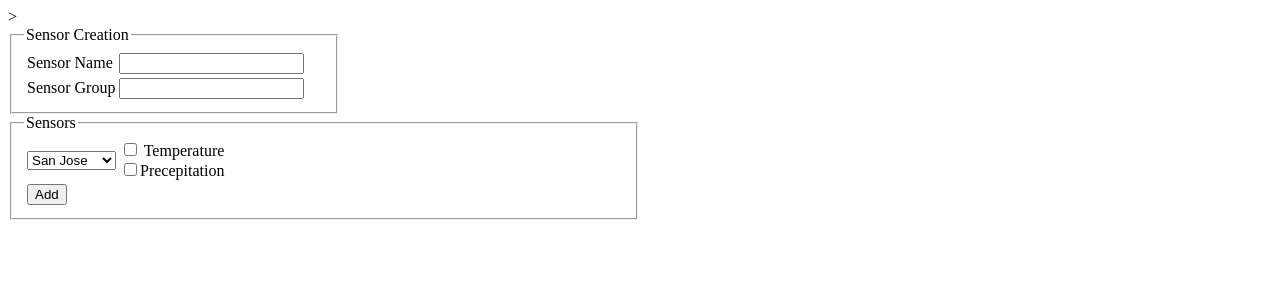
Repository: SharatNH/281mainproject
Page: adminmanagement/WebContent/index.html
An editor plug-in stored every save of this project. The page is shown before and after the next save, followed by the edit.
The browser window is 1280 px wide. The pictures show the whole page.

Above is the page before, as saved 2016-05-16 15:47:11.

### adminmanagement/WebContent/index.html
<!DOCTYPE html>
<html>
<head>
<meta charset="ISO-8859-1">
<title>Insert title here</title>
</head>
<body>

    <form onsubmit="addsensor(this); return false;" id="01">>
        <fieldset style="width: 300px">
            <legend> Sensor Creation </legend>
            <table>
                <tr>
                    <td>Sensor Name</td>
                    <td><input type="text" name="sensorname" id="sensorname"  /></td>
                </tr>
                <tr>
                    <td>Sensor Group</td>
                    <td><input type="text" name="sensorgrp" id="sensorgrp"/></td>
                </tr>

            </table>
        </fieldset>
    <fieldset style="width: 600px">
            <legend> Sensors </legend>
            <table>
                <tr>

                    <td>
                    <select id="location">
  						<option value="San Jose">San Jose</option>
  						<option value="Fremont">Fremont</option>
  						<option value="Santa Cruz">Santa Cruz</option>
  						<option value="Nappa">Nappa</option>
					</select>
                    </td>
                    <td>
                    <input class="messageCheckbox" type="checkbox" name="sensor" value="Temperature"> Temperature<br>
                    <input class="messageCheckbox" type="checkbox" name="sensor" value="Precepitation">Precepitation<br>
                    </td>
                </tr>
                 <tr>
                   <td> <input type="submit" value ="Add" name="Add"> </td>
              </tr>

            </table>
        </fieldset>


    </form>
</body>
<script>

function addsensor(obj) {


	var sensorname = obj['sensorname'].value;
	alert(sensorname);
	var sensorgrp = obj['sensorgrp'].value;
	alert(sensorgrp);


	var e = document.getElementById("location");
	var strlocation = e.options[e.selectedIndex].value;
	alert(strlocation);





	var checkedValue = null;
	var count =0;
	var inputElements = document.getElementsByClassName('messageCheckbox');

	for (var i = 0; inputElements[i]; ++i) {
			if (inputElements[i].checked) {
				if (count == 0)
					checkedValue = inputElements[i].value;
				else
					checkedValue += ',' + inputElements[i].value;

				count++;

			}
		}

	alert(checkedValue);
	alert(count);

		var data = {
			"sensorname" : sensorname,
			"sensorgrp" : sensorgrp,

			"city" : strlocation,

			"sensorparameter" : checkedValue,

			"count" : count

		}

		//alert(fname);
		//alert(mname);
		$.ajax({
			type : "POST",
			url : "/sensoradd" ,
			data : data
		}).success(function(response) {
			alert(success);
		}).error(function(err) {
			alert(err);
		});

	}
</script>


</html>

After the next save:
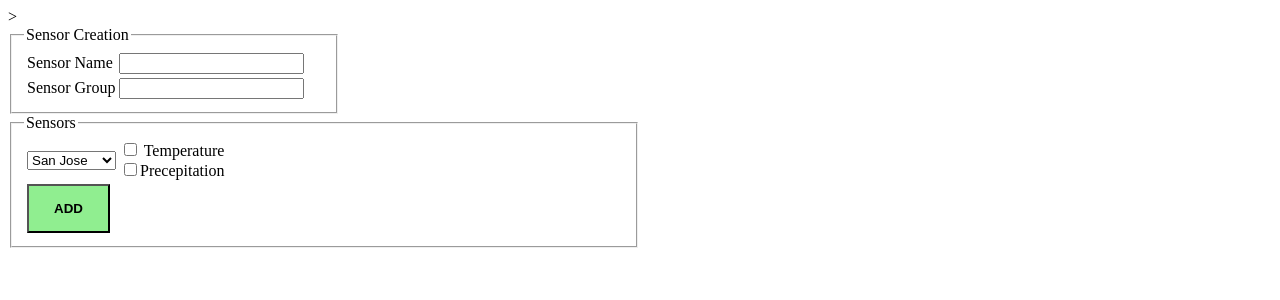
Saved 59 s later.
--- a/adminmanagement/WebContent/index.html
+++ b/adminmanagement/WebContent/index.html
@@ -40,7 +40,10 @@
                     </td>
                 </tr>
                  <tr>
-                   <td> <input type="submit" value ="Add" name="Add"> </td>
+                   <td> <button type="submit" name="ADD" form="01" align="center"
+			value="Submited"
+			style="align: center; cursor: pointer; background-color: lightgreen; padding: 15px 25px;">
+			<b>ADD</b></td>
               </tr>
 
             </table>

After the save that followed:
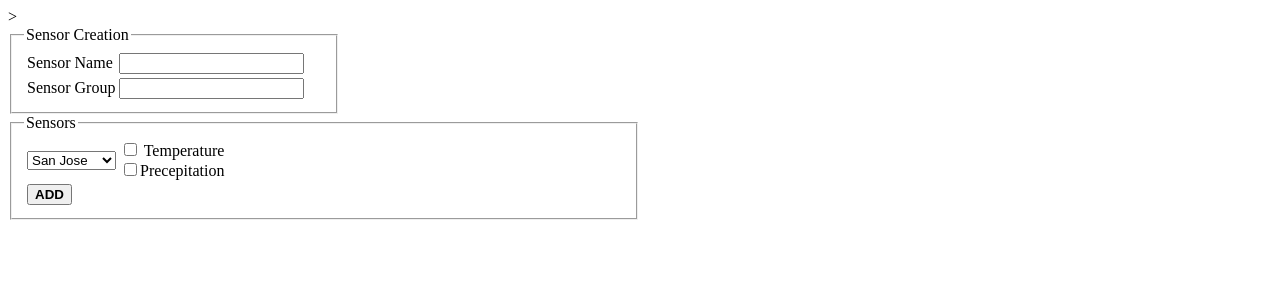
Saved 44 s later.
--- a/adminmanagement/WebContent/index.html
+++ b/adminmanagement/WebContent/index.html
@@ -40,9 +40,9 @@
                     </td>
                 </tr>
                  <tr>
-                   <td> <button type="submit" name="ADD" form="01" align="center"
+                   <td> <button type="submit" name="ADD" form="01"
 			value="Submited"
-			style="align: center; cursor: pointer; background-color: lightgreen; padding: 15px 25px;">
+			style="align: center; cursor: pointer;">
 			<b>ADD</b></td>
               </tr>
 
